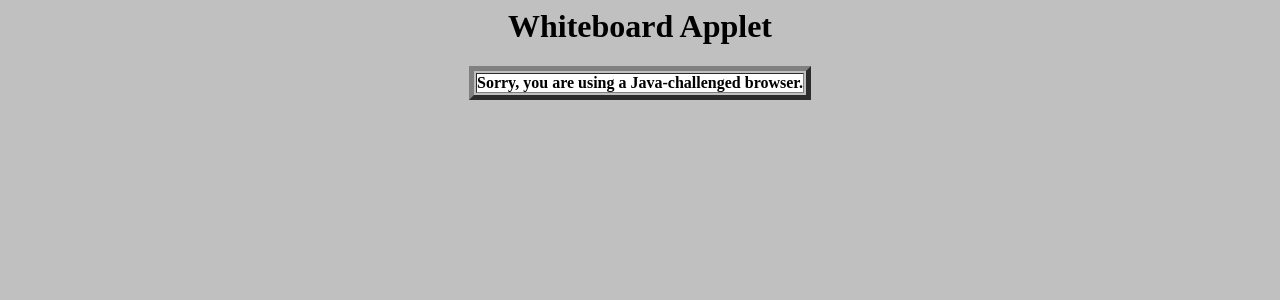
Repository: EnjoyWorkTrue/Spring2014
Page: CMP342/Assignment2/project1/Copy of index.html
The author's editor kept a copy of each file at every save. The page is drawn from the files as they stood at one save, then again after the next save.
The browser window is 1280 px wide. The pictures show the whole page.

Above is the page before, as saved 2014-02-25 01:05:08.

### CMP342/Assignment2/project1/Copy of index.html
<!DOCTYPE HTML PUBLIC "-//W3C//DTD HTML 4.0 Transitional//EN">
<html>
<head>
  <title>Whiteboard Applet</title>
</head>
<body bgcolor="#C0C0C0">
<div align="center">
<h1>Whiteboard Applet</h1>
<table border="5" cellpadding="0">
  <tr><td bgcolor="white">
      <applet code="Drwing.class" width="500" height="300">
        <b>Sorry, you are using a Java-challenged browser.</b>
      </applet>
  </td></tr>
</table>
</div>
</body>
</html>

After the next save:
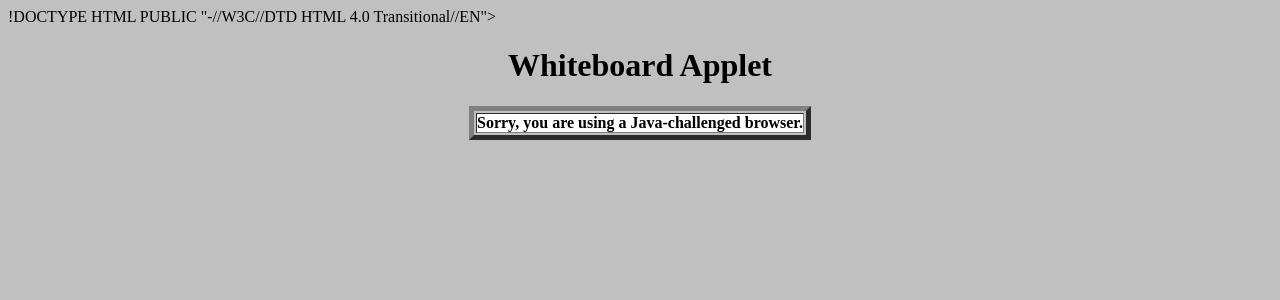
Saved 51 s later.
--- a/CMP342/Assignment2/project1/Copy of index.html
+++ b/CMP342/Assignment2/project1/Copy of index.html
@@ -1,4 +1,4 @@
-<!DOCTYPE HTML PUBLIC "-//W3C//DTD HTML 4.0 Transitional//EN">
+!DOCTYPE HTML PUBLIC "-//W3C//DTD HTML 4.0 Transitional//EN">
 <html>
 <head>
   <title>Whiteboard Applet</title>
